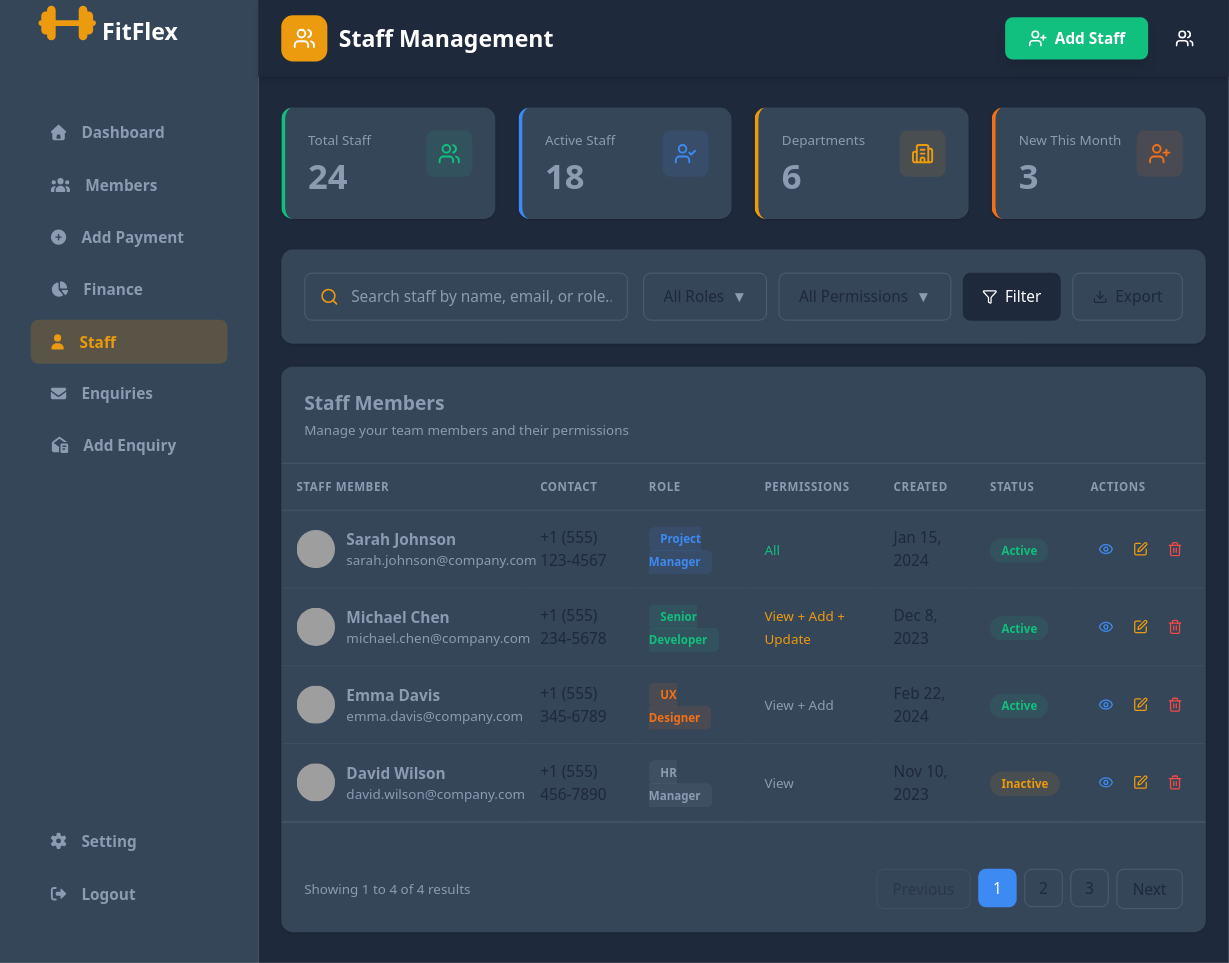
Repository: MuhammadTalhaTaj/gym_management_app_backend
Page: /staff (app in frontend/)
These files come from the project's save history. The page is drawn as it stood at one moment and after the next save; the edit follows.
The browser window is 1280 px wide. The pictures show the whole page, at 96% of full size.
Pictures or frames that could not be fetched are drawn as grey boxes. The project was rebuilt for these pictures with package versions that can differ from the ones it lists, and the page was loaded fresh each time. Also part of the build but not shown: frontend/vite.config.ts, frontend/src/assets/styles/AdminHeader.css, frontend/src/Components/AdminHeader.tsx, frontend/src/assets/styles/AdminDashboard.css, frontend/src/hooks/useDashboardData.ts, frontend/src/assets/styles/AdminDashboardStats.css, frontend/src/Components/AdminDashboardStats.tsx, frontend/src/Components/IncomeExpenseChart.tsx and 30 more.

Above is the page before, as saved 2025-11-21 10:05:10.

After the next save:
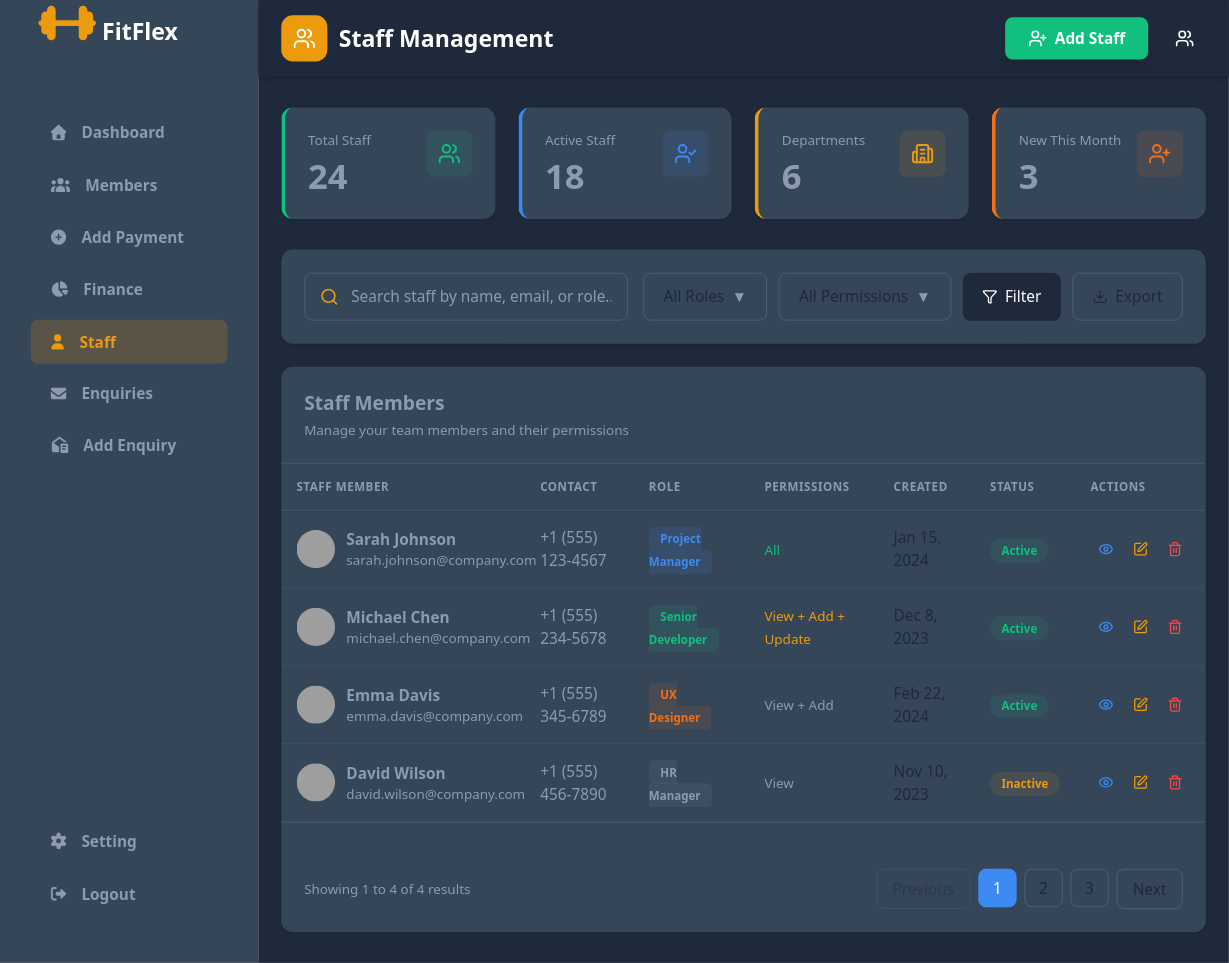
Saved 19 s later.
--- a/frontend/src/pages/Admin/Staff.tsx
+++ b/frontend/src/pages/Admin/Staff.tsx
@@ -182,7 +182,7 @@ const StaffTable = ({ data, onView, onEdit, onDelete }) => (
                 </div>
               </div>
             </td>
-            <td className="py-4 px-4 text-[#1E293B]">{staff.phone}</td>
+            <td className="py-4 px-4 text-[var(--primary-300)]">{staff.phone}</td>
             <td className="py-4 px-4">
               <RoleBadge role={staff.role} />
             </td>
